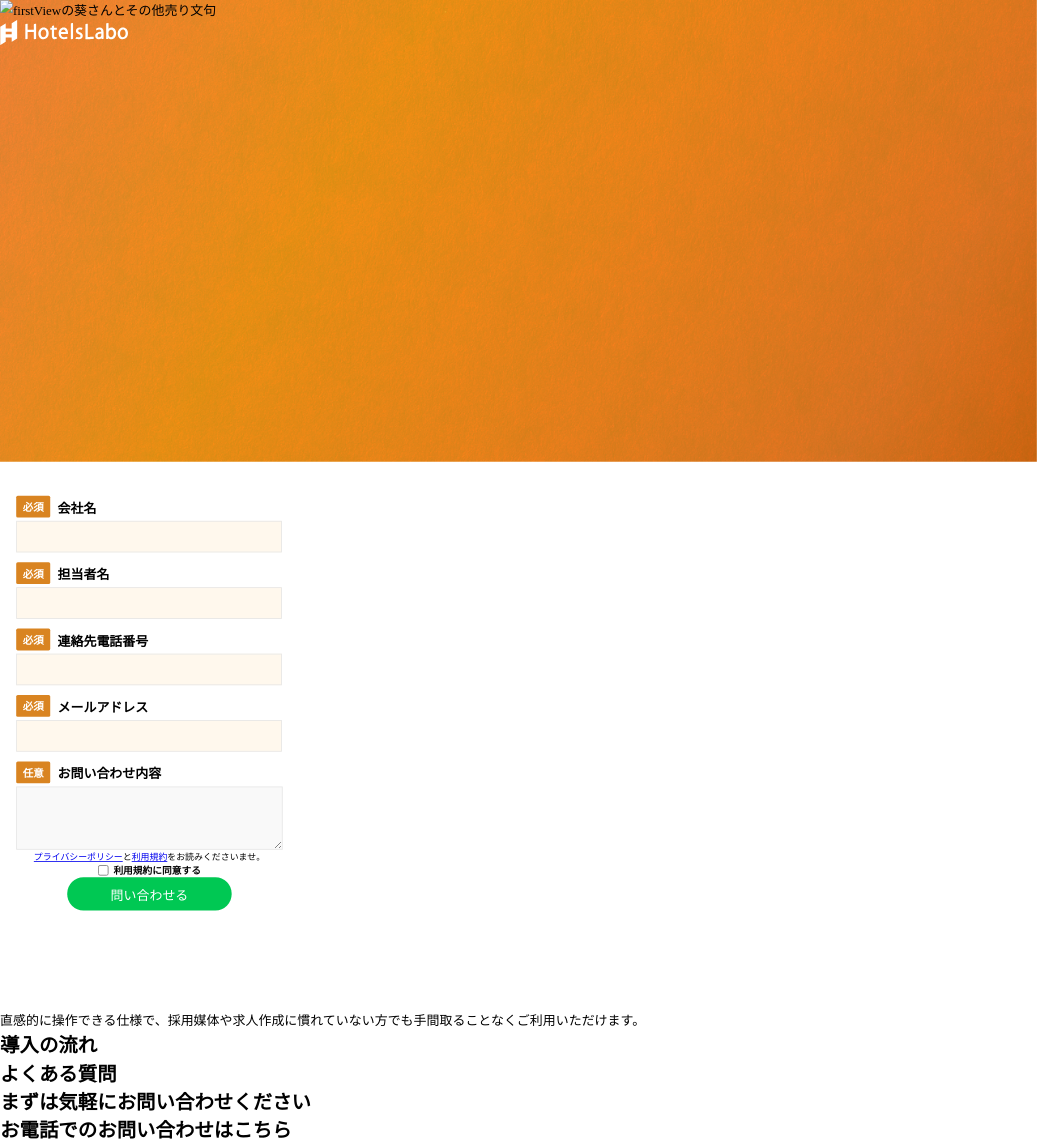
Repository: FujieRyou/to_b_lp
Page: index.html
An editor plug-in stored every save of this project. The page is shown before and after the next save, followed by the edit.
The browser window is 1280 px wide. The pictures show the whole page, at 81% of full size.

Above is the page before, as saved 2024-02-25 01:56:37.
Not found: index.js

After the next save:
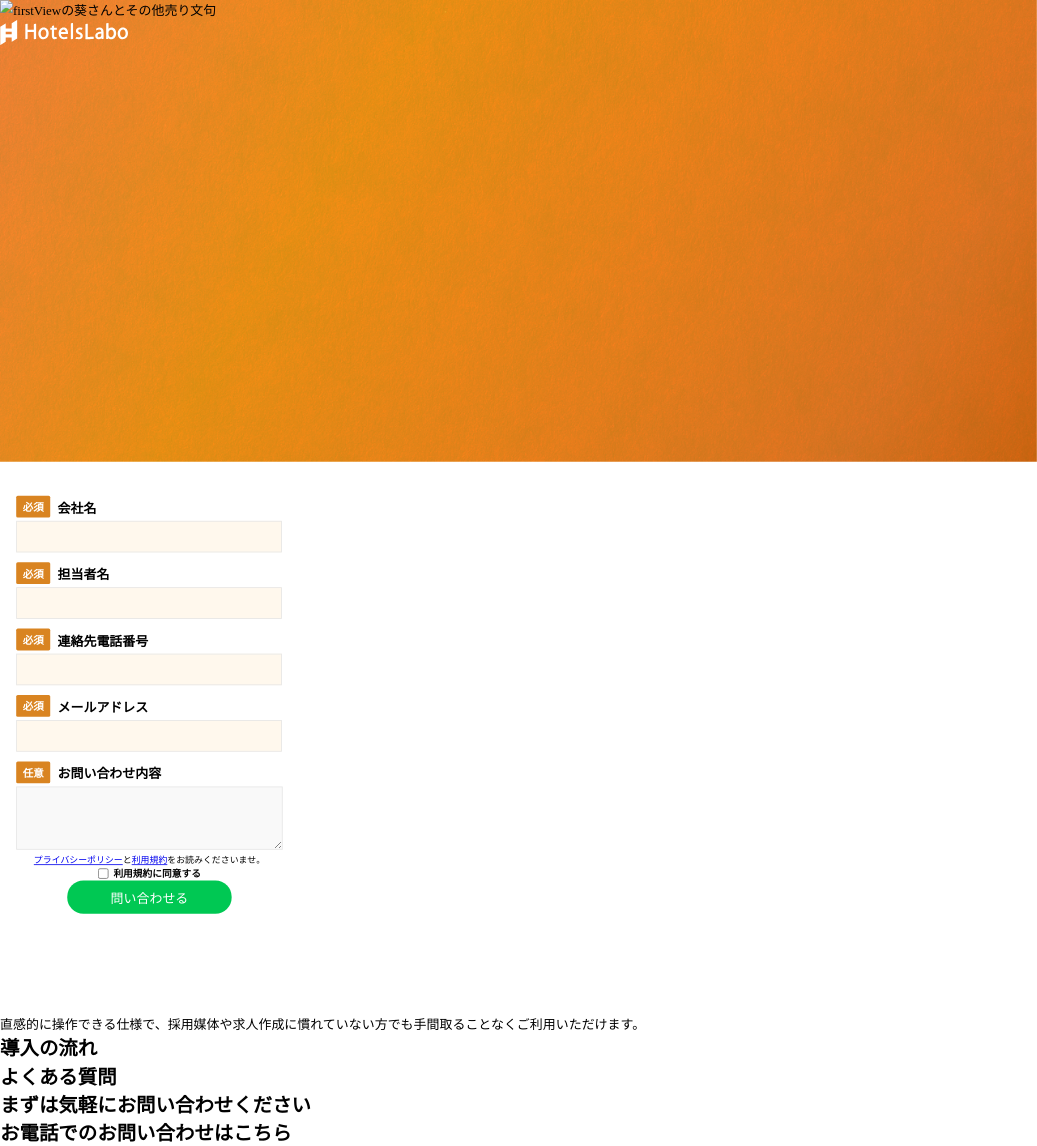
Saved 21 s later.
--- a/style.css
+++ b/style.css
@@ -68,6 +68,7 @@
 .formWrap > p{
     font-size: 11px;
     text-align: center;
+    margin-top: 4px;
 }
 
 .consent{
